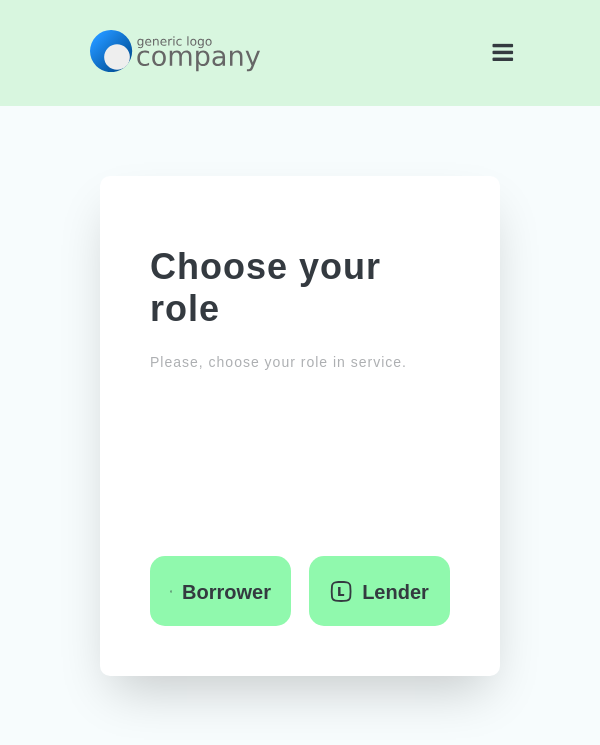
Repository: Andriy-Ma/widgetTask
Page: /
An editor plug-in stored every save of this project. The page is shown before and after the next save, followed by the edit.
The browser window is 600 px wide. The pictures show the whole page.
The page's requests for data from a server got no answer. Some web fonts or font styles are not loaded; a fallback is used. The project was rebuilt for these pictures with package versions that can differ from the ones it lists, and the page was loaded fresh each time. No one was signed in, and anything a server would have sent is missing. Also part of the build but not shown: src/components/Main/SelectedRoleForm/selectedRoleForm.module.css, src/components/Main/SelectedRoleForm/selectedRoleForm.jsx, src/components/Main/AgreeForm/agreeForm.module.css, src/components/Main/AgreeForm/agreeForm.jsx.

Above is the page before, as saved 2022-08-30 16:29:09.

### public/index.html
<!DOCTYPE html>
<html lang="en">
  <head>
    <meta charset="utf-8" />
    <link rel="icon" href="%PUBLIC_URL%/favicon.ico" />
    <link rel="stylesheet" href="https://use.typekit.net/clw7fgu.css">
    <meta name="viewport" content="width=device-width, initial-scale=1">
    <link rel="stylesheet" href="https://cdnjs.cloudflare.com/ajax/libs/font-awesome/4.7.0/css/font-awesome.min.css">
    <meta name="theme-color" content="#000000" />
    <meta
      name="description"
      content="Web site created using create-react-app"
    />
    <link rel="apple-touch-icon" href="%PUBLIC_URL%/logo192.png" />
    <!--
      manifest.json provides metadata used when your web app is installed on a
      user's mobile device or desktop. See https://developers.google.com/web/fundamentals/web-app-manifest/
    -->
    <link rel="manifest" href="%PUBLIC_URL%/manifest.json" />
    <!--
      Notice the use of %PUBLIC_URL% in the tags above.
      It will be replaced with the URL of the `public` folder during the build.
      Only files inside the `public` folder can be referenced from the HTML.

      Unlike "/favicon.ico" or "favicon.ico", "%PUBLIC_URL%/favicon.ico" will
      work correctly both with client-side routing and a non-root public URL.
      Learn how to configure a non-root public URL by running `npm run build`.
    -->
    <title>React App</title>
  </head>
  <body>
    <noscript>You need to enable JavaScript to run this app.</noscript>
    <div id="root"></div>
    <!--
      This HTML file is a template.
      If you open it directly in the browser, you will see an empty page.

      You can add webfonts, meta tags, or analytics to this file.
      The build step will place the bundled scripts into the <body> tag.

      To begin the development, run `npm start` or `yarn start`.
      To create a production bundle, use `npm run build` or `yarn build`.
    -->
  </body>
</html>

### src/index.css
* {
  box-sizing: border-box;
  margin: 0;
  padding: 0;
}
body {
  font-family: 'Poppins', sans-serif;
  background-color: #f7fcfd;
  -webkit-font-smoothing: antialiased;
  -moz-osx-font-smoothing: grayscale;
}

### src/App.js
import React from 'react';
import styles from './App.module.css';
import Header from './components/Header/header';
import MainBlock from './components/Main/main';

function App() {
  return (
    <div className={styles.container}>
      <Header/>
      <MainBlock/>
    </div>
  );
}

export default App;

### src/App.module.css
.container {
    display: block;
    align-items: center;
    justify-content: center;
    padding-left: 15%;
    padding-right: 15%;
}

@media (max-width: 1800px) {
    .container {
        padding: 0% 10%;
    }
 }

@media (max-width: 1500px) {
    .container {
        padding: 0% 5%;
    }
 }
 @media (max-width: 1350px) {
    .container {
        padding: 0px 25px;
    }
 }
 @media (max-width: 1200px) {
    .container {
        padding: 0;
    }
 }

### src/components/Header/header.jsx
import React, { useState } from 'react';
import Icon from './img/logo-generic';
import {ReactComponent as Lock} from './img/lock.svg';
import {ReactComponent as SignUp} from './img/signup.svg';
import styles from './header.module.css';

function Header() {

  const [showMenu, setShowMenu] = useState(false);

  const changeShowMenu = () => {
    setShowMenu(!showMenu);
  };

  return (
    <div className={styles.header}>
        <div className={styles.logo}>
          <a href="#home">
            <Icon/>
          </a>
        </div>
        <div className={showMenu ? styles.middleOfHeaderResponsive : undefined}>
          <div className={!showMenu ? styles.middleOfHeader : styles.columnMenu }>
            <a href="#expertise">Expertise</a>
            <a href="#industries">Industries</a>
            <a href="#news">News</a>
            <a href="#partners">Partners</a>
            <a href="#careers">Careers</a>
            <a href="#aboutus" className={styles.aboutUs}>About Us</a>
          </div>
          <div className={!showMenu ? styles.buttonsHeader : styles.buttonsHeaderResponsive}>
            <div className={!showMenu ? styles.signin : styles.signinMenu}>
              <Lock/>
              <p>Sign In</p>
            </div>
            <div className={!showMenu ? styles.signup : styles.signupMenu}>
              <SignUp/>
              <p>Sign Up</p>
            </div>
          </div>
        </div>
        <p className={styles.icon} onClick={changeShowMenu}>
          <i className="fa fa-bars"></i>
        </p>
    </div>
  )
}

export default Header;

### src/components/Main/main.jsx
import React,{useState, useEffect} from 'react';
import styles from './main.module.css';
import ChooseForm from './ChooseForm/chooseForm';
import SelectedRoleForm from './SelectedRoleForm/selectedRoleForm';
import AgreeForm from './AgreeForm/agreeForm';

function MainBlock() {

  const [selectedRole, setSelectedRole] = useState('');
  const [showAgreeForm, setShowAgreeForm] = useState(false);
  const [initialText, setInitialText] = useState('');

  useEffect(() => {
    fetch('https://60c74df306f3160017d29000.mockapi.io/api/v1/tossource')
    .then((response) => {
      return response.json();
    })
    .then((data) => {
      const text = data.map(lorem => lorem.text);
      setInitialText(text[0]);
    });
  },[]);

  return (
    <div className={styles.container}>
        {
          !selectedRole ?
            <ChooseForm getRole={setSelectedRole}/>
          : showAgreeForm ?
            <AgreeForm
              showForm={setShowAgreeForm}
              text={initialText}
            />
          :
            <SelectedRoleForm
              role={selectedRole}
              getRole={setSelectedRole}
              showForm={setShowAgreeForm}
            />
        }
    </div>
  )
}

export default MainBlock;

### src/components/Header/img/logo-generic.jsx
import React from "react";

function Icon() {
  return (
    <svg
      xmlns="http://www.w3.org/2000/svg"
      version="1.1"
      viewBox="0 0 1425.8 353.74"
    >
      <defs>
        <linearGradient
          id="linearGradient5311"
          x1="-467.57"
          x2="-469.87"
          y1="-68.973"
          y2="488.43"
          gradientUnits="userSpaceOnUse"
        >
          <stop offset="0" stopColor="#2294fe"></stop>
          <stop offset="1" stopColor="#014f96"></stop>
        </linearGradient>
      </defs>
      <g transform="translate(364.43 8.482)">
        <g>
          <g fill="#666" transform="translate(-14.426 -21.336)">
            <path d="M145.49 192.37v19.095c-5.773-3.182-11.583-5.55-17.43-7.105a64.331 64.331 0 00-17.541-2.443c-13.248 0-23.536 4.22-30.863 12.657-7.327 8.363-10.991 20.13-10.991 35.304 0 15.172 3.663 26.977 10.991 35.415 7.327 8.363 17.615 12.545 30.863 12.545 5.92 0 11.768-.778 17.541-2.332 5.847-1.628 11.657-4.033 17.43-7.216v18.873a83.693 83.693 0 01-17.763 5.995c-6.07 1.332-12.545 1.998-19.428 1.998-18.725 0-33.601-5.884-44.629-17.652s-16.542-27.643-16.542-47.627c0-20.279 5.55-36.229 16.653-47.849 11.176-11.62 26.459-17.43 45.85-17.43 6.29 0 12.434.666 18.429 1.999a81.647 81.647 0 0117.43 5.772"></path>
            <path d="M228.98 201.92c-10.954 0-19.613 4.293-25.978 12.878-6.365 8.511-9.548 20.205-9.548 35.082 0 14.876 3.146 26.607 9.437 35.193 6.365 8.511 15.061 12.767 26.089 12.767 10.88 0 19.502-4.293 25.867-12.878 6.365-8.585 9.547-20.279 9.547-35.082 0-14.728-3.182-26.385-9.547-34.971-6.365-8.66-14.987-12.989-25.867-12.989m0-17.319c17.763 0 31.714 5.773 41.854 17.319s15.209 27.532 15.209 47.96c0 20.353-5.07 36.34-15.209 47.96-10.14 11.546-24.091 17.319-41.854 17.319-17.837 0-31.825-5.773-41.965-17.319-10.066-11.62-15.098-27.606-15.098-47.96 0-20.427 5.033-36.414 15.098-47.96 10.14-11.546 24.128-17.319 41.965-17.319"></path>
            <path d="M416.6 211.46c5.107-9.177 11.213-15.949 18.318-20.316 7.105-4.367 15.468-6.55 25.09-6.55 12.952 0 22.943 4.552 29.975 13.655 7.03 9.03 10.546 21.908 10.547 38.634v75.048h-20.538v-74.382c0-11.916-2.11-20.76-6.328-26.533-4.219-5.773-10.658-8.66-19.317-8.66-10.584 0-18.947 3.516-25.09 10.548-6.143 7.03-9.215 16.616-9.214 28.754v70.274h-20.538V237.55c0-11.99-2.11-20.834-6.328-26.533-4.22-5.773-10.732-8.66-19.54-8.66-10.435 0-18.724 3.553-24.867 10.658-6.143 7.031-9.215 16.58-9.215 28.643v70.274h-20.538v-124.34h20.538v19.317c4.663-7.623 10.251-13.248 16.764-16.875 6.513-3.626 14.247-5.44 23.203-5.44 9.03 0 16.69 2.295 22.981 6.883 6.365 4.59 11.065 11.25 14.099 19.983"></path>
            <path d="M560.7 293.28v65.945h-20.538v-171.63H560.7v18.873c4.293-7.401 9.695-12.878 16.209-16.431 6.587-3.627 14.432-5.44 23.536-5.44 15.098 0 27.347 5.995 36.747 17.985 9.473 11.99 14.21 27.755 14.21 47.294 0 19.54-4.737 35.304-14.21 47.294-9.4 11.99-21.649 17.985-36.747 17.985-9.104 0-16.949-1.776-23.536-5.329-6.513-3.626-11.916-9.14-16.209-16.542m69.497-43.408c0-15.024-3.109-26.792-9.326-35.304-6.143-8.585-14.617-12.878-25.423-12.878-10.806 0-19.317 4.293-25.534 12.878-6.143 8.512-9.214 20.28-9.214 35.304 0 15.024 3.071 26.83 9.214 35.415 6.217 8.512 14.728 12.767 25.534 12.767s19.28-4.255 25.423-12.767c6.217-8.585 9.326-20.39 9.326-35.415"></path>
            <path d="M741.77 249.43c-16.505 0-27.94 1.887-34.304 5.662-6.365 3.775-9.548 10.214-9.547 19.317 0 7.253 2.368 13.026 7.105 17.319 4.81 4.219 11.324 6.328 19.539 6.328 11.324 0 20.39-3.997 27.199-11.99 6.883-8.067 10.325-18.762 10.325-32.084v-4.552H741.77m40.744-8.437v70.94h-20.427V293.06c-4.663 7.549-10.473 13.137-17.43 16.764-6.958 3.552-15.47 5.329-25.534 5.329-12.73 0-22.87-3.553-30.42-10.658-7.475-7.18-11.212-16.764-11.212-28.754 0-13.988 4.662-24.535 13.988-31.64 9.4-7.106 23.388-10.658 41.965-10.658h28.643v-1.999c0-9.4-3.109-16.653-9.326-21.759-6.143-5.18-14.802-7.77-25.978-7.77-7.105 0-14.025.85-20.76 2.552-6.735 1.703-13.21 4.256-19.428 7.66v-18.872c7.475-2.887 14.728-5.033 21.76-6.44 7.03-1.48 13.876-2.22 20.537-2.22 17.985 0 31.418 4.663 40.3 13.988 8.88 9.326 13.321 23.462 13.321 42.41"></path>
            <path d="M928.5 236.89v75.048h-20.427v-74.382c0-11.768-2.295-20.575-6.883-26.422-4.589-5.847-11.472-8.77-20.65-8.77-11.027 0-19.723 3.515-26.088 10.547-6.365 7.03-9.548 16.616-9.548 28.754v70.274h-20.538v-124.34h20.538v19.317c4.885-7.476 10.621-13.063 17.208-16.764 6.661-3.7 14.321-5.551 22.981-5.551 14.284 0 25.09 4.44 32.417 13.322 7.327 8.807 10.991 21.797 10.991 38.967"></path>
            <path d="M1021.2 323.48c-5.773 14.802-11.398 24.461-16.875 28.976-5.477 4.515-12.804 6.772-21.981 6.772h-16.32v-17.097h11.99c5.625 0 9.992-1.332 13.1-3.996s6.55-8.956 10.325-18.873l3.664-9.326-50.291-122.34h21.648l38.856 97.252 38.856-97.252h21.648l-54.621 135.89"></path>
          </g>
          <g fill="#666" transform="translate(-416.34 -21.336)">
            <path d="M489.95 115.06c0-6.675-1.385-11.848-4.155-15.519-2.737-3.671-6.592-5.507-11.564-5.507-4.94 0-8.794 1.836-11.564 5.507-2.737 3.671-4.105 8.844-4.105 15.519 0 6.642 1.368 11.798 4.105 15.469 2.77 3.671 6.625 5.507 11.564 5.507 4.973 0 8.827-1.836 11.564-5.507 2.77-3.671 4.155-8.828 4.155-15.469m9.211 21.727c0 9.545-2.119 16.637-6.357 21.276-4.24 4.672-10.73 7.009-19.474 7.009-3.238 0-6.292-.25-9.162-.751a44.69 44.69 0 01-8.36-2.203v-8.961c2.703 1.468 5.373 2.553 8.01 3.254 2.636.7 5.323 1.051 8.06 1.051 6.04 0 10.563-1.585 13.567-4.756 3.004-3.137 4.505-7.893 4.505-14.268v-4.555c-1.902 3.304-4.338 5.774-7.309 7.409-2.97 1.635-6.524 2.453-10.663 2.453-6.875 0-12.415-2.62-16.62-7.86-4.206-5.24-6.308-12.182-6.308-20.826 0-8.677 2.102-15.636 6.307-20.876 4.206-5.24 9.746-7.86 16.621-7.86 4.139 0 7.693.818 10.663 2.454 2.97 1.635 5.407 4.105 7.31 7.409v-8.51h9.21v49.11"></path>
            <path d="M566.09 113.41v4.506h-42.352c.4 6.34 2.303 11.18 5.707 14.518 3.438 3.304 8.21 4.956 14.318 4.956 3.538 0 6.959-.434 10.263-1.302 3.337-.868 6.642-2.17 9.912-3.905v8.711a55.24 55.24 0 01-10.163 3.204 50.9 50.9 0 01-10.563 1.102c-8.944 0-16.037-2.604-21.276-7.81-5.206-5.207-7.81-12.248-7.81-21.126 0-9.178 2.47-16.454 7.41-21.827 4.973-5.407 11.664-8.11 20.075-8.11 7.542 0 13.5 2.436 17.872 7.309 4.405 4.84 6.608 11.43 6.608 19.774m-9.211-2.703c-.067-5.04-1.486-9.062-4.256-12.065-2.736-3.004-6.374-4.506-10.914-4.506-5.14 0-9.261 1.452-12.365 4.355-3.07 2.904-4.839 6.992-5.306 12.265l32.84-.05"></path>
            <path d="M627.62 109.9v33.842h-9.211v-33.541c0-5.306-1.035-9.278-3.104-11.915-2.07-2.636-5.173-3.955-9.312-3.955-4.973 0-8.894 1.585-11.765 4.756-2.87 3.17-4.305 7.493-4.305 12.966v31.689h-9.261V87.673h9.261v8.71c2.203-3.37 4.79-5.89 7.76-7.558 3.003-1.67 6.458-2.503 10.363-2.504 6.44 0 11.314 2.003 14.618 6.008 3.304 3.971 4.956 9.829 4.956 17.572"></path>
            <path d="M694.05 113.41v4.506h-42.352c.4 6.34 2.303 11.18 5.707 14.518 3.438 3.304 8.21 4.956 14.318 4.956 3.538 0 6.959-.434 10.263-1.302 3.337-.868 6.642-2.17 9.912-3.905v8.711a55.24 55.24 0 01-10.163 3.204 50.9 50.9 0 01-10.563 1.102c-8.944 0-16.037-2.604-21.276-7.81-5.206-5.207-7.81-12.248-7.81-21.126 0-9.178 2.47-16.454 7.41-21.827 4.973-5.407 11.664-8.11 20.075-8.11 7.543 0 13.5 2.436 17.872 7.309 4.405 4.84 6.608 11.43 6.608 19.774m-9.211-2.703c-.067-5.04-1.486-9.062-4.256-12.065-2.736-3.004-6.374-4.506-10.913-4.506-5.14 0-9.261 1.452-12.365 4.355-3.07 2.904-4.839 6.992-5.306 12.265l32.84-.05"></path>
            <path d="M741.46 96.286a11.624 11.624 0 00-3.404-1.302c-1.202-.3-2.537-.45-4.005-.45-5.207 0-9.212 1.702-12.015 5.106-2.77 3.371-4.155 8.227-4.155 14.568v29.537h-9.262V87.676h9.262v8.71c1.935-3.403 4.455-5.923 7.56-7.558 3.103-1.67 6.874-2.503 11.313-2.503.634 0 1.335.05 2.103.15.767.067 1.618.183 2.553.35l.05 9.462"></path>
            <path d="M751.22 87.676h9.211v56.069h-9.211V87.676m0-21.827h9.211v11.664h-9.211V65.849"></path>
            <path d="M820.01 89.828v8.61c-2.603-1.434-5.223-2.502-7.86-3.203a29.012 29.012 0 00-7.91-1.102c-5.974 0-10.613 1.903-13.917 5.707-3.304 3.772-4.956 9.078-4.956 15.92 0 6.842 1.652 12.165 4.957 15.97 3.304 3.772 7.943 5.657 13.917 5.657 2.67 0 5.306-.35 7.91-1.051 2.636-.734 5.256-1.819 7.859-3.254v8.51a37.736 37.736 0 01-8.01 2.704c-2.737.6-5.657.9-8.76.9-8.445 0-15.153-2.652-20.126-7.959-4.973-5.306-7.459-12.465-7.459-21.477 0-9.144 2.503-16.337 7.51-21.577 5.039-5.24 11.93-7.86 20.675-7.86 2.837 0 5.607.3 8.31.902a36.82 36.82 0 017.86 2.603"></path>
            <path d="M868.57 65.849h9.211v77.896h-9.211V65.849"></path>
            <path d="M918.73 94.134c-4.94 0-8.844 1.936-11.714 5.807-2.87 3.838-4.305 9.111-4.305 15.82s1.418 11.998 4.255 15.87c2.87 3.838 6.792 5.757 11.765 5.757 4.906 0 8.794-1.935 11.664-5.807 2.87-3.871 4.305-9.144 4.305-15.82 0-6.641-1.435-11.898-4.305-15.769-2.87-3.905-6.758-5.857-11.664-5.857m0-7.81c8.01 0 14.301 2.604 18.873 7.81 4.572 5.206 6.858 12.415 6.859 21.627 0 9.178-2.287 16.387-6.859 21.627-4.572 5.206-10.863 7.81-18.873 7.81-8.043 0-14.351-2.604-18.923-7.81-4.539-5.24-6.808-12.45-6.808-21.627 0-9.211 2.27-16.42 6.808-21.627 4.572-5.206 10.88-7.81 18.923-7.81"></path>
            <path d="M996.58 115.06c0-6.675-1.385-11.848-4.155-15.519-2.737-3.671-6.592-5.507-11.564-5.507-4.94 0-8.794 1.836-11.564 5.507-2.737 3.671-4.105 8.844-4.105 15.519 0 6.642 1.368 11.798 4.105 15.469 2.77 3.671 6.625 5.507 11.564 5.507 4.973 0 8.828-1.836 11.564-5.507 2.77-3.671 4.155-8.828 4.155-15.469m9.211 21.727c0 9.545-2.119 16.637-6.357 21.276-4.24 4.672-10.73 7.009-19.474 7.009-3.238 0-6.292-.25-9.162-.751a44.69 44.69 0 01-8.36-2.203v-8.961c2.703 1.468 5.373 2.553 8.01 3.254 2.636.7 5.323 1.051 8.06 1.051 6.04 0 10.563-1.585 13.567-4.756 3.003-3.137 4.505-7.893 4.505-14.268v-4.555c-1.902 3.304-4.338 5.774-7.309 7.409-2.97 1.635-6.524 2.453-10.663 2.453-6.875 0-12.415-2.62-16.62-7.86-4.206-5.24-6.308-12.182-6.308-20.826 0-8.677 2.102-15.636 6.307-20.876 4.206-5.24 9.746-7.86 16.621-7.86 4.139 0 7.693.818 10.663 2.454 2.97 1.635 5.407 4.105 7.31 7.409v-8.51h9.21v49.11"></path>
            <path d="M1046.5 94.134c-4.94 0-8.844 1.936-11.714 5.807-2.87 3.838-4.305 9.111-4.305 15.82s1.418 11.998 4.255 15.87c2.87 3.838 6.792 5.757 11.765 5.757 4.906 0 8.794-1.935 11.664-5.807 2.87-3.871 4.305-9.144 4.305-15.82 0-6.641-1.435-11.898-4.305-15.769-2.87-3.905-6.758-5.857-11.664-5.857m0-7.81c8.01 0 14.3 2.604 18.873 7.81 4.572 5.206 6.858 12.415 6.858 21.627 0 9.178-2.286 16.387-6.858 21.627-4.572 5.206-10.864 7.81-18.873 7.81-8.043 0-14.351-2.604-18.924-7.81-4.539-5.24-6.808-12.45-6.808-21.627 0-9.211 2.269-16.42 6.808-21.627 4.572-5.206 10.88-7.81 18.924-7.81"></path>
          </g>
          <g transform="rotate(-45 269.773 885.347) scale(.61927)">
            <path
              fill="url(#linearGradient5311)"
              d="M-184.26 202.82c0 157.74-127.87 285.61-285.61 285.61s-285.61-127.87-285.61-285.61S-627.61-82.79-469.87-82.79s285.61 127.87 285.61 285.61z"
              transform="translate(1202 -114.01)"
            ></path>
            <path
              fill="#eee"
              d="M-184.26 202.82c0 157.74-127.87 285.61-285.61 285.61s-285.61-127.87-285.61-285.61S-627.61-82.79-469.87-82.79s285.61 127.87 285.61 285.61z"
              transform="translate(1018.2 79.03) scale(.60887)"
            ></path>
          </g>
        </g>
      </g>
    </svg>
  );
}

export default Icon;

### src/components/Header/header.module.css
.logo {
    display: block;
    min-width: 170px;
}
.header {
    display: flex;
    justify-content: space-between;
    align-items: center;
    padding-top: 30px;
}
.middleOfHeader {
    display: flex;
    justify-content: space-between;
    align-items: center;
    text-decoration: none;
}
.middleOfHeader a {
    display: block;
    color: #424242;
    text-align: center;
    padding: 0px 25px;
    text-decoration: none;
    font-size: 16px;
    font-weight: 600;
}
.icon{
    display: none;
    transform: scale(1.5);
}
.middleOfHeader a:hover {
    color: #1b1a1a;
}
.aboutUs{
    position: relative;
}
.aboutUs::after{
    content: '';
    border-left: 2px solid #90F9AD;
    border-top: 2px solid #90F9AD;
    width: 5px;
    height: 5px;
    float: right;
    transform: translate(50%, -50%) rotate(-135deg);
    position: absolute;
    top: 6px;
    right: 10px;
}
.buttonsHeader {
    display: flex;
    justify-content: space-between;
    align-items: center;
}
.buttonsHeader:hover {
    cursor: pointer;
}
.signin {
    display: flex;
    justify-content: space-between;
    align-items: center;
    color: #90F9AD;
    background-color: #343A40;
    font-weight: 500;
    padding: 0px 20px;
    border-radius: 10px;
    width: 115px;
    height: 40px;
    margin-right: 15px;
}
.signin:hover {
    background-color: #252a2e;
}
.signup {
    display: flex;
    justify-content: space-between;
    align-items: center;
    color: #343A40;
    background-color: #90F9AD;
    font-weight: 600;
    padding: 0px 20px;
    border-radius: 10px;
    width: 125px;
    height: 40px;
}
.signup:hover {
    background-color: #3df370;
}
@media screen and (max-width: 1300px) {
    .middleOfHeader {
        margin-left: 50px;
    }
    .middleOfHeader a {
        padding: 0px 20px;
    }
    .aboutUs::after{
        right: 5px;
    }
 }

 @media screen and (max-width: 1200px) {
    .middleOfHeader a {display: none;}
    .buttonsHeader{
        display: none;
    }
    .header {
        padding-top: 30px;
        background-color: #56d85f31;
        padding: 30px 15%;
    }
    .icon{
        display: block;
        color: #343A40;
    }
    .icon:hover {
        cursor: pointer;
    }
    .buttonsHeaderResponsive {
        display: flex;
        justify-content: space-between;
        align-items: center;
    }
  }
@media screen and (max-width: 1200px) {
    .middleOfHeaderResponsive {
        position: absolute;
        z-index: 99;
        width: 40%;
        top:106px;
        left: 0;
        height: calc(100vh - 107px);
        background-color: #72e47a;
        display: flex;
        flex-direction: column;
        justify-content: space-between;
        align-items: center;
        padding-bottom: 150px;
        padding-top: 50px;
    }
    .middleOfHeaderResponsive a {
      display: block;
      color: #424242;
      text-align: center;
      padding: 25px 25px;
      text-decoration: none;
      font-size: 22px;
      font-weight: 600;
      border-bottom: solid 1px #1085319f;
    }
    .middleOfHeaderResponsive a:hover {
        background-color: #2cc756ba;
    }
    .columnMenu{
        display: flex;
        flex-direction: column;
        width: 80%;
    }
    .signinMenu {
        display: flex;
        justify-content: space-between;
        align-items: center;
        color: #90F9AD;
        background-color: #343A40;
        font-size: 24px;
        font-weight: 500;
        padding: 20px 20px;
        border-radius: 10px;
        margin-right: 30px;
    }
    .signinMenu:hover {
        background-color: #252a2e;
    }
    .signupMenu {
        display: flex;
        justify-content: space-between;
        align-items: center;
        color: #343A40;
        background-color: #90F9AD;
        font-weight: 600;
        font-size: 24px;
        padding: 20px 20px;
        border-radius: 10px;
    }
    .signupMenu:hover {
        background-color: #3df370;
    }
  }
@media screen and (max-width: 900px) {
    .middleOfHeaderResponsive {
        width: 60%;
    }
  }
@media screen and (max-width: 560px) {
    .middleOfHeaderResponsive {
        width: 100%;
    }
  }

### src/components/Main/main.module.css
.container{
    width: 100%;
    display: flex;
    justify-content: center;
}

### src/components/Main/ChooseForm/chooseForm.jsx
import React from 'react';
import styles from './chooseForm.module.css';
import {ReactComponent as Borrower} from '../img/borrower.svg';
import {ReactComponent as Lender} from '../img/lender.svg';

const roles = ['Borrower', 'Lender'];

function ChooseForm({getRole}) {

  return (
    <>
    <div className={styles.form}>
      <div>
        <p className={styles.mainText}>Choose your role</p>
        <p className={styles.underText}>Please, choose your role in service.</p>
      </div>
      <div className={styles.buttonsChooseForm}>
      {
        roles.map(role =>
            <div className={styles.role} key={role} onClick={() => getRole(role)}>
              {role === 'Borrower' ? <Borrower/> : <Lender/>}
              <p className={styles.buttonText}>{role}</p>
            </div>
        )
      }
      </div>
    </div>

    </>
  )
}

export default ChooseForm;

### src/components/Main/ChooseForm/chooseForm.module.css
.form{
    width: 600px;
    height: 350px;
    padding: 50px;
    background-color: #fff;
    margin-top: 70px;
    border-radius: 10px;
    box-shadow: 0px 25px 49px -12px rgba(0,0,0,0.2);
    display: flex;
    flex-direction: column;
    justify-content: space-between;
}
.agreeForm{
    width: 600px;
    height: 700px;
    padding: 50px;
    background-color: #fff;
    margin-top: 70px;
    border-radius: 10px;
    box-shadow: 0px 25px 49px -12px rgba(0,0,0,0.2);
    display: flex;
    flex-direction: column;
    position: relative;
}
.mainText{
    margin-top: 20px;
    font-size: 36px;
    font-weight: 800;
    color: #343A40;
    letter-spacing: 1px;
}
.underText{
    margin-top: 20px;
    font-size: 14px;
    font-weight: 500;
    color: #343A40;
    opacity: .4;
    letter-spacing: 1px;
    line-height: 25px;
}
.buttonsChooseForm {
    display: flex;
    justify-content: space-between;
    align-items: center;
    font-size: 20px;
}
.buttonsChooseForm:hover {
    cursor: pointer;
}
.role {
    display: flex;
    justify-content: center;
    align-items: center;
    color: #343A40;
    background-color: #90F9AD;
    font-weight: 800;
    padding: 0px 20px;
    border-radius: 15px;
    width: 47%;
    height: 70px;
}
.role:hover {
    background-color: #3df370;
}
.buttonText{
    padding-top: 3px;
    padding-left: 10px;
}
@media screen and (max-width: 680px) {
    .form{
        width: 400px;
        height: 500px;
        padding: 50px;
        background-color: #fff;
        margin-top: 70px;
        border-radius: 10px;
        box-shadow: 0px 25px 49px -12px rgba(0,0,0,0.2);
        display: flex;
        flex-direction: column;
        justify-content: space-between;
    }
  }

Loaded but not shown: src/index.js (common file)

After the next save:
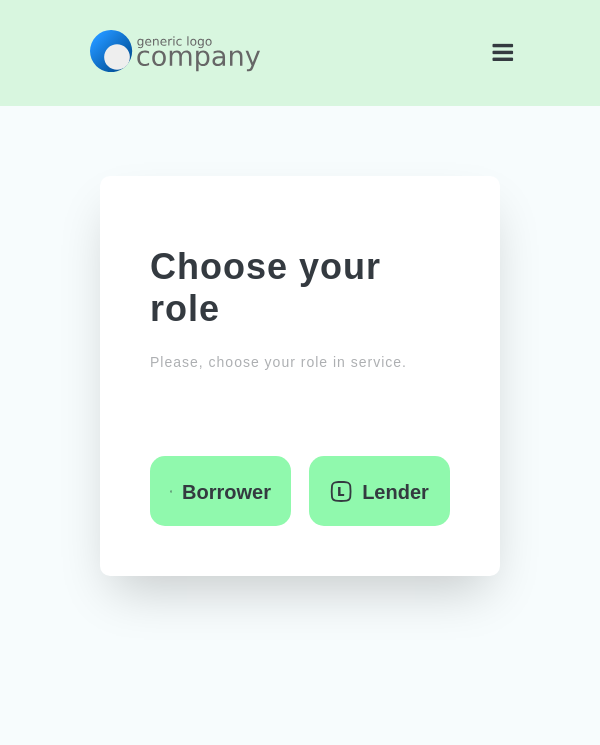
Saved 25 s later.
--- a/src/components/Main/ChooseForm/chooseForm.module.css
+++ b/src/components/Main/ChooseForm/chooseForm.module.css
@@ -69,7 +69,7 @@
 @media screen and (max-width: 680px) {
     .form{
         width: 400px;
-        height: 500px;
+        height: 400px;
         padding: 50px;
         background-color: #fff;
         margin-top: 70px;
